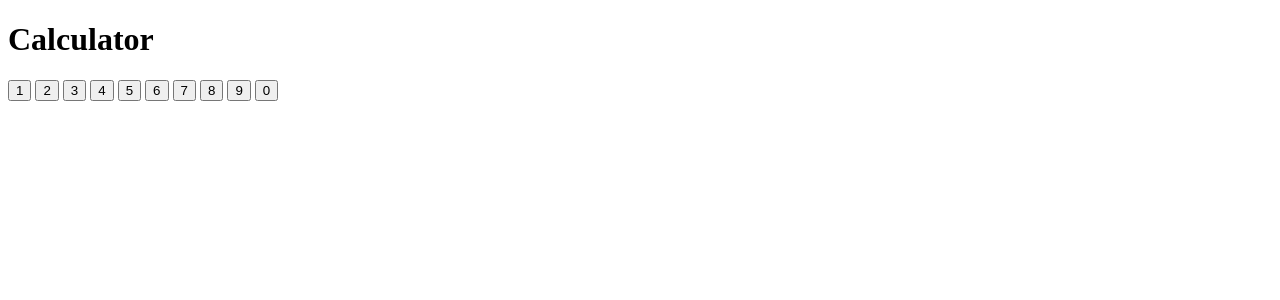
Repository: Gibon9/SimpleCalc
Page: index.html
The author's editor kept a copy of each file at every save. The page is drawn from the files as they stood at one save, then again after the next save.
The browser window is 1280 px wide. The pictures show the whole page.

Above is the page before, as saved 2020-11-25 14:19:27.

After the next save:
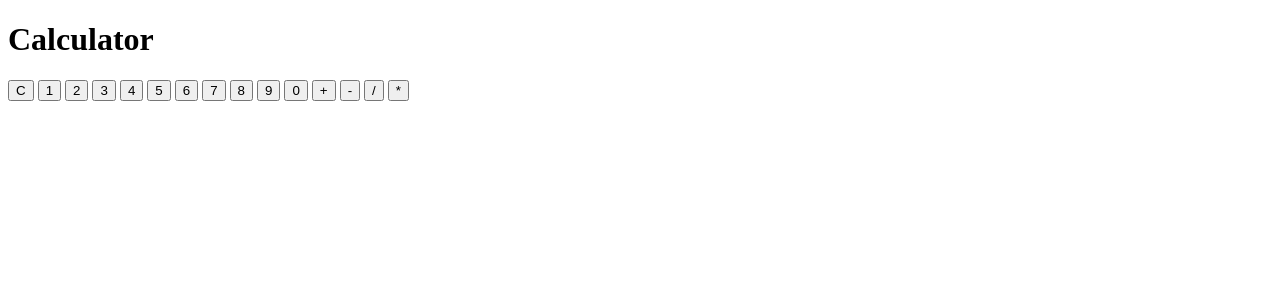
Saved 26 min 38 s later.
--- a/index.html
+++ b/index.html
@@ -10,6 +10,7 @@
       <h1 class="title">Calculator</h1>
       <section class="clac">
         <div class="calc-display" id="display"></div>
+        <button class="calc-button" id="clear">C</button>
         <button class="calc-button" id="btn1">1</button>
         <button class="calc-button" id="btn2">2</button>
         <button class="calc-button" id="btn3">3</button>
@@ -20,6 +21,10 @@
         <button class="calc-button" id="btn8">8</button>
         <button class="calc-button" id="btn9">9</button>
         <button class="calc-button" id="btn0">0</button>
+        <button class="calc-button" id="plus">+</button>
+        <button class="calc-button" id="minus">-</button>
+        <button class="calc-button" id="divide">/</button>
+        <button class="calc-button" id="multiply">*</button>
       </section>
     </main>
   </body>
